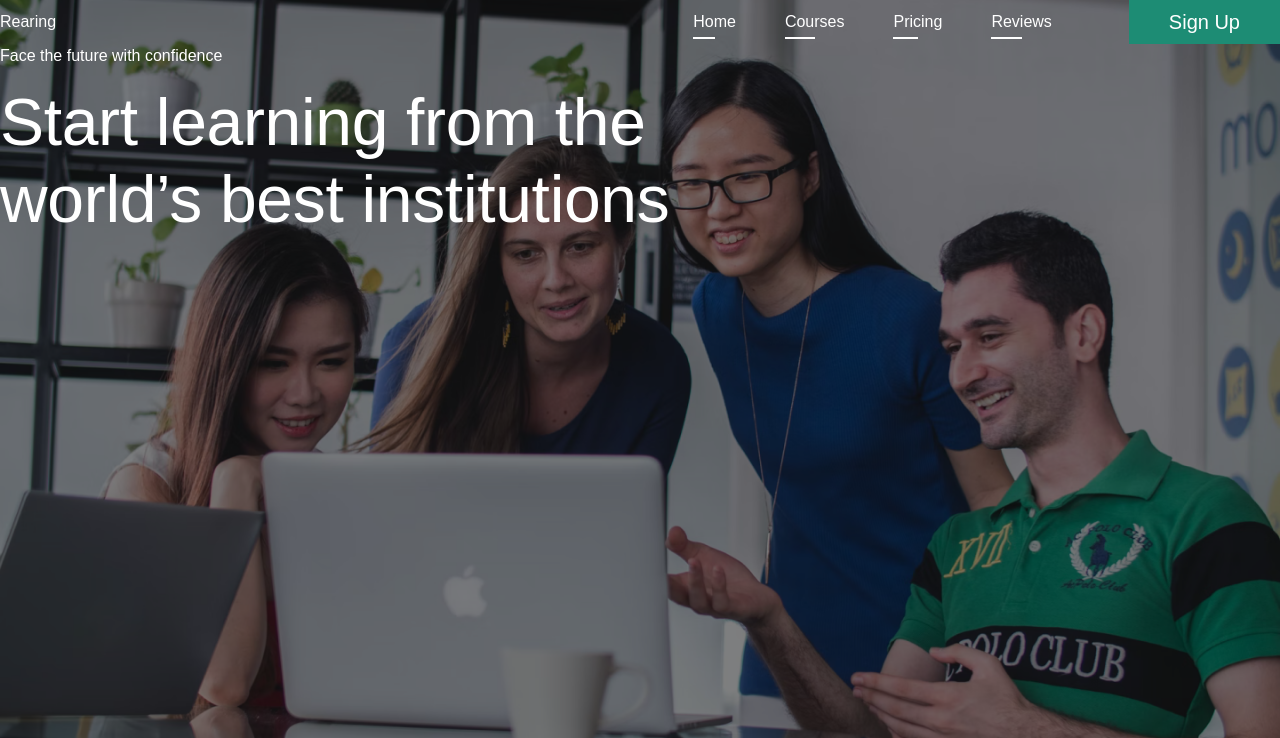
Repository: vandangnhathung/educationplatform
Page: /
An editor plug-in stored every save of this project. The page is shown before and after the next save, followed by the edit.
The browser window is 1280 px wide. The pictures show the whole page.
The project was rebuilt for these pictures with package versions that can differ from the ones it lists, and the page was loaded fresh each time.

Above is the page before, as saved 2022-06-20 15:02:55.

After the next save:
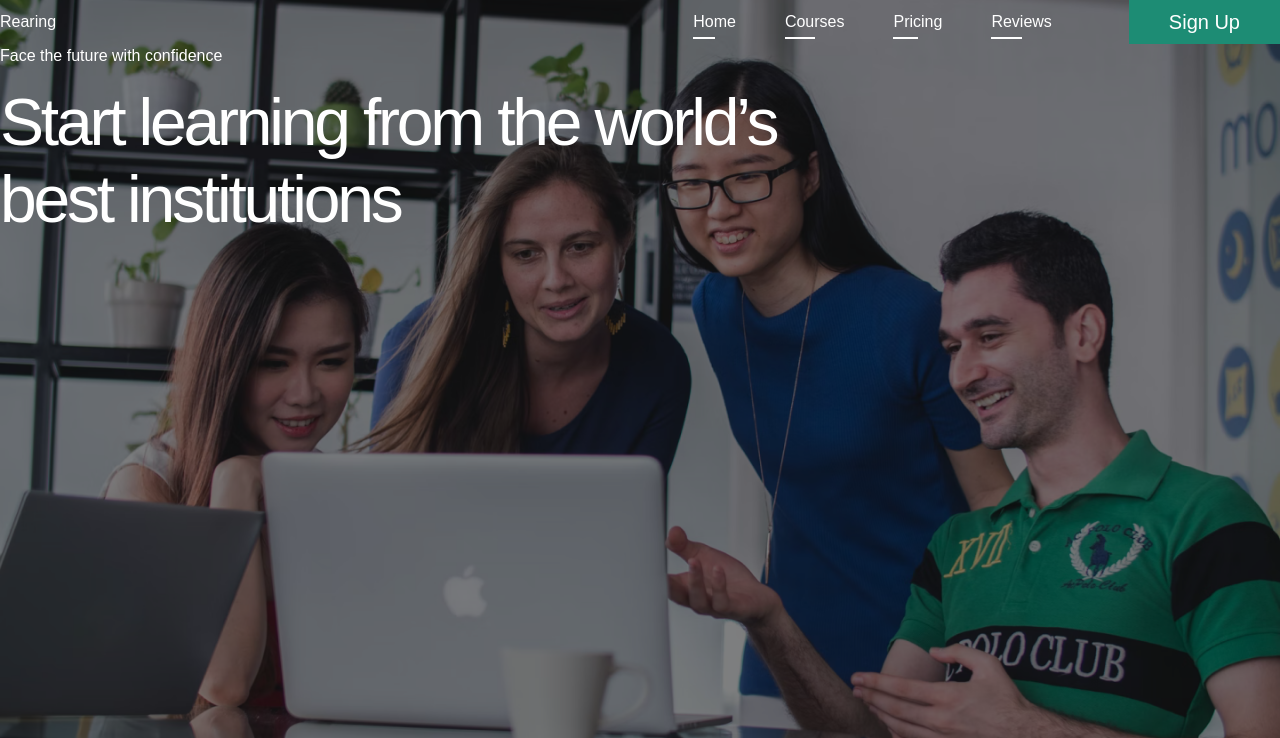
Saved 16 s later.
--- a/src/components/Header.js
+++ b/src/components/Header.js
@@ -48,7 +48,7 @@
               <h3 className="text-base mb-4">
                 Face the future with confidence
               </h3>
-              <h1 className="desc max-w-[777px] text-[66px] leading-[77px] w-full tracking-[-0.02rem]">
+              <h1 className="desc max-w-[777px] text-[66px] leading-[77px] w-full tracking-[-0.2rem]">
                 Start learning from the world’s best institutions
               </h1>
             </div>

After the save that followed:
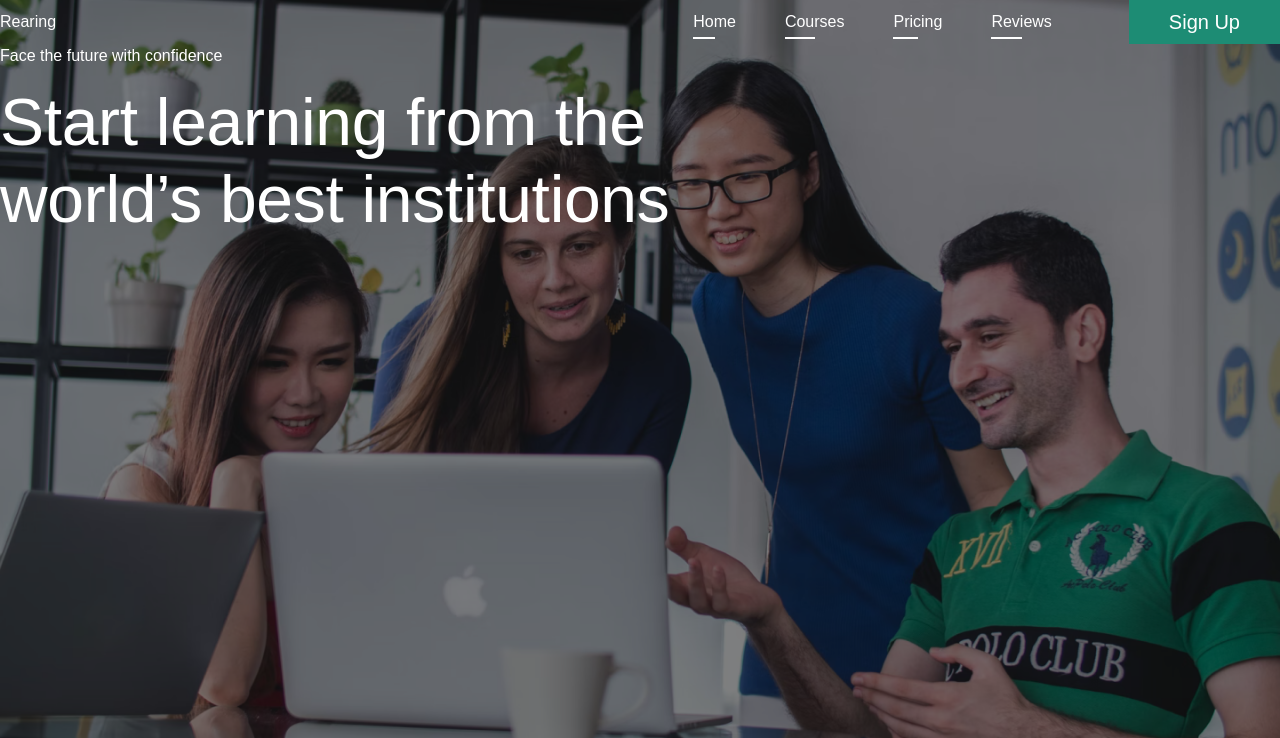
Saved 4 s later.
--- a/src/components/Header.js
+++ b/src/components/Header.js
@@ -48,7 +48,7 @@
               <h3 className="text-base mb-4">
                 Face the future with confidence
               </h3>
-              <h1 className="desc max-w-[777px] text-[66px] leading-[77px] w-full tracking-[-0.2rem]">
+              <h1 className="desc max-w-[777px] text-[66px] leading-[77px] w-full tracking-[-0.02rem]">
                 Start learning from the world’s best institutions
               </h1>
             </div>
